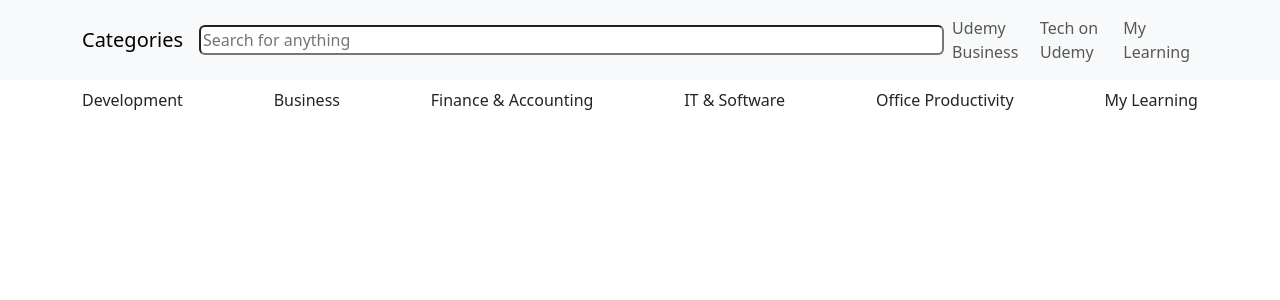
Repository: Taniafdes/newProject
Page: /home/navbar
These files come from the project's save history. The page is drawn as it stood at one moment and after the next save; the edit follows.
The browser window is 1280 px wide. The pictures show the whole page.
The project was rebuilt for these pictures with package versions that can differ from the ones it lists, and the page was loaded fresh each time. The framework's server and built-in components were replaced by stand-ins that run in the browser. Also part of the build but not shown: next.config.js.

Above is the page before, as saved 2023-06-15 14:03:15.

### pages/_app.js
import Head from "next/head";
import Script from "next/script";
import 'bootstrap/dist/css/bootstrap.css'
import 'bootstrap/dist/css/bootstrap.min.css'
function MyApp({ Component, pageProps }) {
  return (
    <>
      <Head>
        <meta name="viewport" content="width=device-width, initial-scale=1" />
      </Head>

      <Script
        src="https://cdn.jsdelivr.net/npm/bootstrap@5.0.0-beta1/dist/js/bootstrap.bundle.min.js"
        integrity="sha384-ygbV9kiqUc6oa4msXn9868pTtWMgiQaeYH7/t7LECLbyPA2x65Kgf80OJFdroafW"
        crossOrigin="anonymous"
      />
      <Component {...pageProps} />
    </>
  );
}
export default MyApp;

### pages/home/navbar.js
import React from 'react'
import Container from 'react-bootstrap/Container';
import Nav from 'react-bootstrap/Nav';
import Navbar from 'react-bootstrap/Navbar';
import NavDropdown from 'react-bootstrap/NavDropdown';
// import Image from 'next/image';

const home = () => {
  return (
    <div>
    <Navbar bg="light" expand="lg">
      <Container>
       {/* <Image src="/public/images/udemy.jpg" /> */}
        <Navbar.Brand href="#home">Categories</Navbar.Brand>
        <input  type="input" id="exampleInputEmail1"  placeholder="Search for anything"  className='w-100 rounded rounded-2'/>
        <Navbar.Toggle aria-controls="basic-navbar-nav" />
        <Navbar.Collapse id="basic-navbar-nav">
          <Nav className="me-auto">
            <Nav.Link href="#home">Udemy Business</Nav.Link>
            <Nav.Link href="#link">Tech on Udemy</Nav.Link>
            <Nav.Link href="#link">My Learning</Nav.Link>
            <i class="bi bi-heart"></i>
          </Nav>
        </Navbar.Collapse>
      </Container>
    </Navbar>
    <Navbar>
      <Container>
            <Nav.Link href="#home">Development</Nav.Link>
            <Nav.Link href="#link">Business</Nav.Link>
            <Nav.Link href="#link">Finance & Accounting</Nav.Link>
            <Nav.Link href="#home">IT & Software</Nav.Link>
            <Nav.Link href="#link">Office Productivity</Nav.Link>
            <Nav.Link href="#link">My Learning</Nav.Link>
      </Container>
    </Navbar>
    </div>
  )

}
export default home

After the next save:
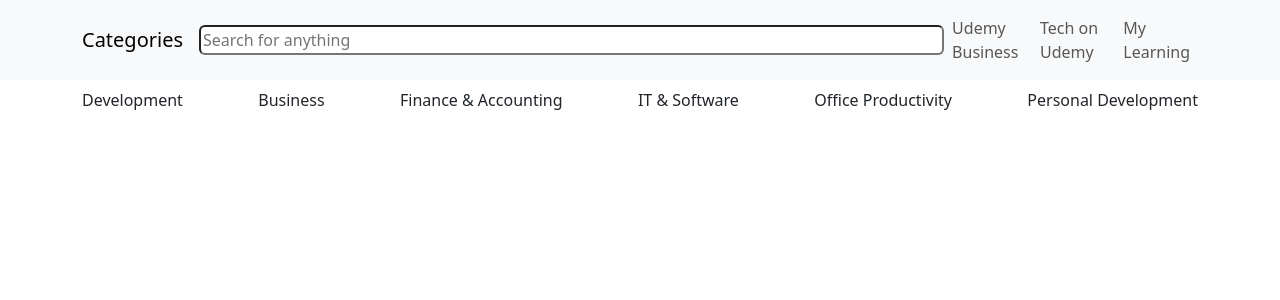
Saved 10 s later.
--- a/pages/home/navbar.js
+++ b/pages/home/navbar.js
@@ -31,7 +31,7 @@
             <Nav.Link href="#link">Finance & Accounting</Nav.Link>
             <Nav.Link href="#home">IT & Software</Nav.Link>
             <Nav.Link href="#link">Office Productivity</Nav.Link>
-            <Nav.Link href="#link">My Learning</Nav.Link>
+            <Nav.Link href="#link">Personal Development</Nav.Link>
       </Container>
     </Navbar>
     </div>
